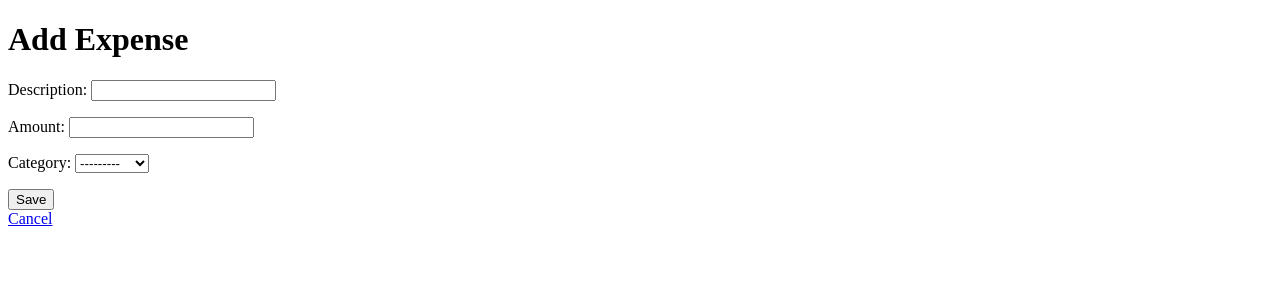
Repository: Jijiluzana225/lugawan_pitlane
Page: http://localhost/expenses/add/
An editor plug-in stored every save of this project. The page is shown before and after the next save, followed by the edit.
The browser window is 1280 px wide. The pictures show the whole page.
The page is served by the project's application, run on Django 5.2 (manage.py).

Above is the page before, as saved 2025-03-07 09:00:02.

After the next save:
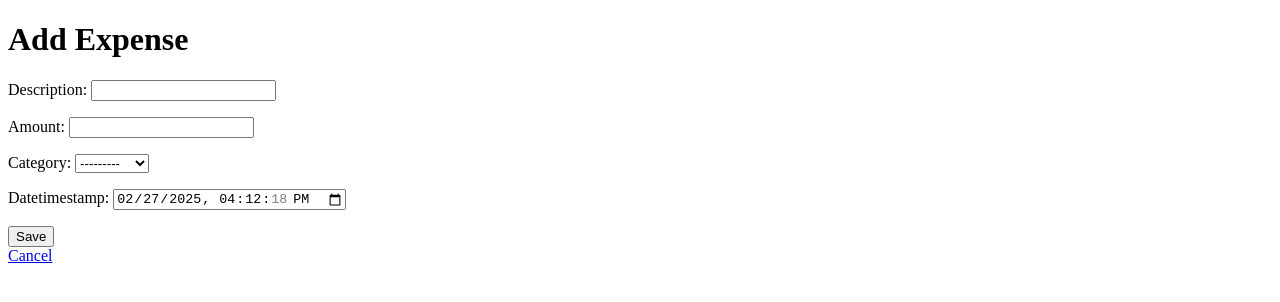
Saved 3 min 58 s later.
--- a/pos/forms.py
+++ b/pos/forms.py
@@ -1,10 +1,16 @@
+
 from django import forms
 from .models import *
 
 class ExpenseForm(forms.ModelForm):
     class Meta:
         model = Expense
-        fields = ['description', 'amount', 'category']
+        fields = ['description', 'amount', 'category', 'datetimestamp']  # Add datetimestamp
+
+        widgets = {
+            'datetimestamp': forms.DateTimeInput(attrs={'type': 'datetime-local'})
+        }
+
 
 
 class OtherIncomeForm(forms.ModelForm):
